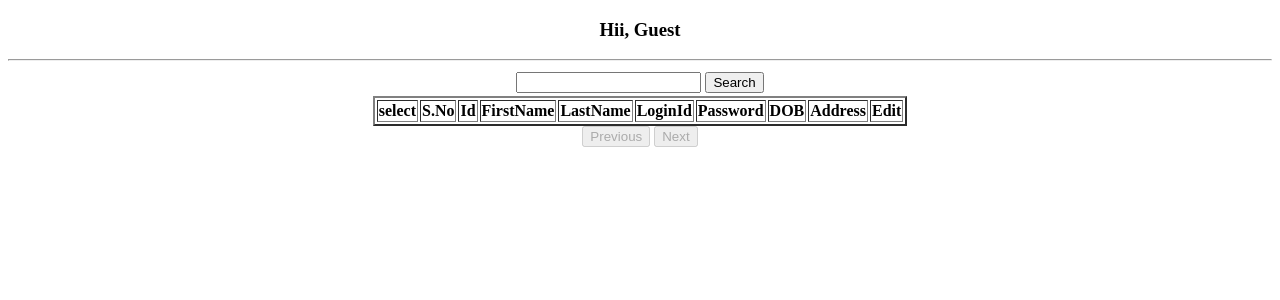
Repository: Jatdevta/AdvanceJava
Page: http://localhost/DynamicProject/UserListCtl
These files come from the project's save history. The page is drawn as it stood at one moment and after the next save; the edit follows.
The browser window is 1280 px wide. The pictures show the whole page.
The page is served by Tomcat 9. Queries for data that is not in the repository find no rows.

Above is the page before, as saved 2023-08-23 07:42:02.

After the next save:
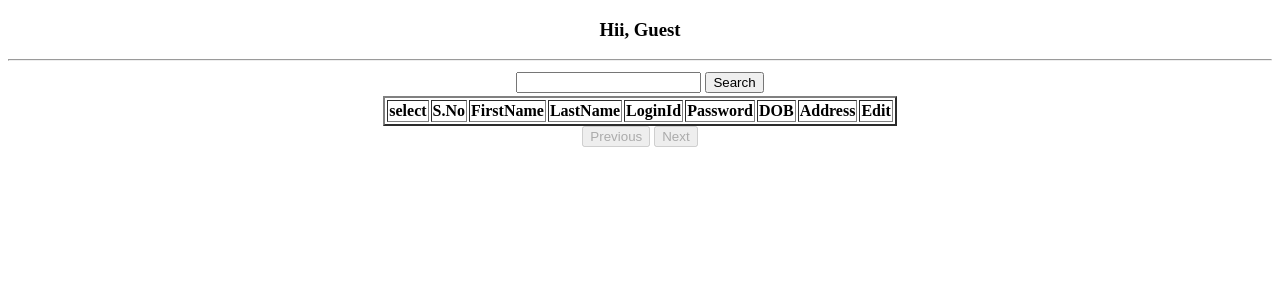
Saved 54 s later.
--- a/Advancejava/DynamicProject/WebContent/UserListView.jsp
+++ b/Advancejava/DynamicProject/WebContent/UserListView.jsp
@@ -36,7 +36,6 @@
 
 				<th>select</th>
 				<th>S.No</th>
-				<th>Id</th>
 				<th>FirstName</th>
 				<th>LastName</th>
 				<th>LoginId</th>
